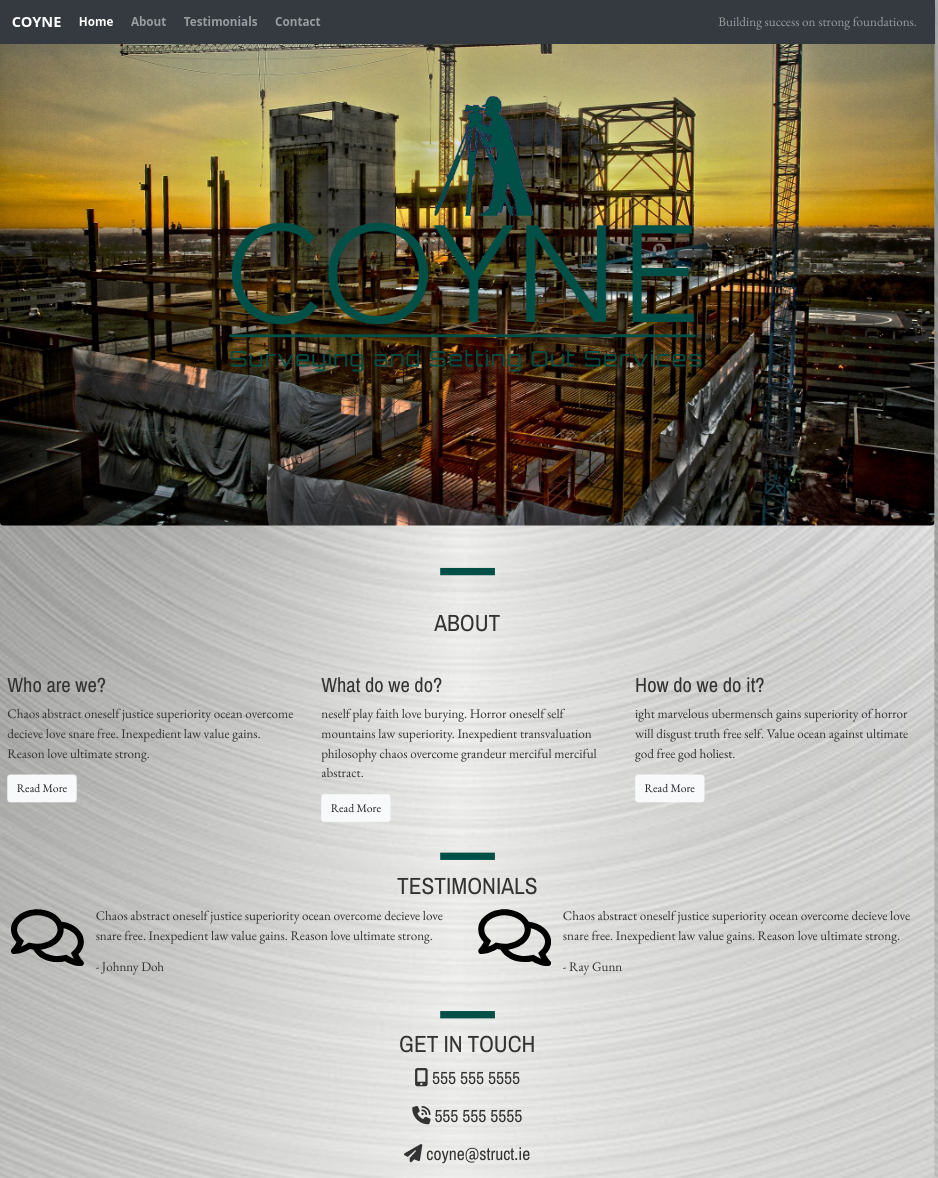
Repository: Leo-Cullen/first-milestone-project
Page: test02.html
The author's editor kept a record of every edit. The page is drawn from the files as they stood at one moment, then again after the next edit.
The browser window is 1280 px wide. The page is 1285 px wide, so the pictures cover 1285 px, including what lies to the right of the window. The pictures show the whole page, at 73% of full size.
Backgrounds fixed to the window are drawn as part of the page. Some web libraries are served in a nearby version.

Above is the page before.

### test02.html
<!DOCTYPE html>
<html lang="en">

<head>
    <meta charset="UTF-8">
    <meta name="viewport" content="width=device-width, initial-scale=1.0">
    <meta http-equiv="X-UA-Compatible" content="ie=edge">
    <link rel="stylesheet" href="https://stackpath.bootstrapcdn.com/bootstrap/4.3.1/css/bootstrap.min.css" integrity="sha384-ggOyR0iXCbMQv3Xipma34MD+dH/1fQ784/j6cY/iJTQUOhcWr7x9JvoRxT2MZw1T" crossorigin="anonymous">
    <link href="https://fonts.googleapis.com/css?family=Archivo+Narrow|EB+Garamond&display=swap" rel="stylesheet">
    <link rel="stylesheet" href="assets/css/style.css" type="text/css" />
    <title>Coyne | Surveying and setting out services</title>
    <script src="https://kit.fontawesome.com/c525f812d6.js"></script>
</head>

<body>

    <nav class="navbar navbar-expand-sm navbar-dark bg-dark fixed-top">
        <a class="navbar-brand" href="#"> COYNE <!-- <img class="navbar-logo" src="assets/images/coyne-logo.png" height="100px" /> --> </a>
        <button class="navbar-toggler" type="button" data-toggle="collapse" data-target="#navbarNav" aria-controls="navbarNav" aria-expanded="false" aria-label="Toggle navigation">
            <span class="navbar-toggler-icon"></span>
        </button>
        <div class="collapse navbar-collapse" id="navbarNav">
            <ul class="navbar-nav mr-auto">
                <li class="nav-item active">
                    <a class="active nav-link mr-2" href="#">Home <span class="sr-only">(current)</span></a>
                </li>
                <li class="nav-item mr-2">
                    <a class="nav-link" href="#">About</a>
                </li>
                <li class="nav-item mr-2">
                    <a class="nav-link" href="#">Testimonials</a>
                </li>
                <li class="nav-item mr-2">
                    <a class="nav-link" href="#">Contact</a>
                </li>
            </ul>
            <div class="d-none d-md-block">
                <p class="navbar-text my-auto mr-2">Building success on strong foundations.</p>
            </div>
        </div>
    </nav>

    <!-- video end
    <iframe width="100%" height="600px" src="https://www.youtube.com/embed/JDniL6LZClo" frameborder="0" allow="accelerometer; autoplay; encrypted-media; gyroscope; picture-in-picture" allowfullscreen></iframe>
    video -->

    <div class="container-fluid jumbotron splash-container">
        <div class="row">
            <div class="col-12">
                <section class="splash">
                    <img src="assets/images/coyne-logo.png" width="100%"/> <!--  -->
                </section>
            </div>
        </div>
    </div>

    <div class="container-fluid about-container content-container">
        <!-- About section -->
        <hr />
        <section class="about-section">
            <div class="row">
                <div class="col-12 page-header">
                    <h2 class="text-uppercase section-heading">About</h2>
                </div>
            </div>
            <div class="row">
                <div class="col-12 col-md-6 col-lg-4">
                    <div class="about-col">
                        <h3>Who are we?</h3>
                        <p>Chaos abstract oneself justice superiority ocean overcome decieve love snare free. Inexpedient law value gains. Reason love ultimate strong.</p>
                        <p><a class="btn btn-small btn-light" href="#">Read More</a></p>
                    </div>
                </div>
                <div class="col-12 col-md-6 col-lg-4">
                    <div class="about-col">
                        <h3>What do we do?</h3>
                        <p>neself play faith love burying. Horror oneself self mountains law superiority. Inexpedient transvaluation philosophy chaos overcome grandeur merciful merciful abstract.</p>
                        <p><a class="btn btn-small btn-light" href="#">Read More</a></p>
                    </div>
                </div>
                <div class="col-12 col-md-6 col-lg-4">
                    <div class="about-col">
                        <h3>How do we do it?</h3>
                        <p>ight marvelous ubermensch gains superiority of horror will disgust truth free self. Value ocean against ultimate god free god holiest.</p>
                        <p><a class="btn btn-small btn-light" href="#">Read More</a></p>
                    </div>
                </div>
            </div>
        </section>
        <!-- / About section -->
    </div>
    <!-- / About container -->

    <div class="container-fluid testimonials-container">
        <!-- Testimonials section -->
        <hr />
        <section class="testimonials">
            <div class="row">
                <div class="col-12">
                    <h2 class="text-uppercase section-heading">Testimonials</h2>
                </div>
            </div>
            <div class="row">
                <div class="col-12 col-md-6">
                    <div class="media">
                        <img src="assets/icons/comments-regular.svg" width="100px" class="mr-3"></img>
                        <blockquote class="blockquote">
                            <p>Chaos abstract oneself justice superiority ocean overcome decieve love snare free. Inexpedient law value gains. Reason love ultimate strong.</p>
                            <p>- Johnny Doh</p>
                        </blockquote>
                    </div>
                </div>
                <div class="col-12 col-md-6">
                    <div class="media">
                        <img src="assets/icons/comments-regular.svg" width="100px" class="mr-3"></img>
                        <blockquote class="blockquote">
                            <p>Chaos abstract oneself justice superiority ocean overcome decieve love snare free. Inexpedient law value gains. Reason love ultimate strong.</p>
                            <p>- Ray Gunn</p>
                        </blockquote>
                    </div>
                </div>
            </div>
        </section>
        <!-- / Testimonials section -->
    </div>
    <!-- / Testimonials container -->

    <div class="container-fluid contact-container">
        <hr />
        <section class="contact">
            <div class="row">
                <div class="col-12">
                    <h2 class="text-uppercase section-heading">Get in Touch</h2>
                    <p><i class="fas fa-mobile-alt"></i> 555 555 5555</p>
                    <p><i class="fas fa-phone-volume"></i> 555 555 5555</p>
                    <p><i class="fas fa-paper-plane"></i> coyne@struct.ie</p>
                </div>
            </div>
        </section>
    </div>

    <script src="https://code.jquery.com/jquery-3.3.1.slim.min.js" integrity="sha384-q8i/X+965DzO0rT7abK41JStQIAqVgRVzpbzo5smXKp4YfRvH+8abtTE1Pi6jizo" crossorigin="anonymous"></script>
    <script src="https://cdnjs.cloudflare.com/ajax/libs/popper.js/1.14.7/umd/popper.min.js" integrity="sha384-UO2eT0CpHqdSJQ6hJty5KVphtPhzWj9WO1clHTMGa3JDZwrnQq4sF86dIHNDz0W1" crossorigin="anonymous"></script>
    <script src="https://stackpath.bootstrapcdn.com/bootstrap/4.3.1/js/bootstrap.min.js" integrity="sha384-JjSmVgyd0p3pXB1rRibZUAYoIIy6OrQ6VrjIEaFf/nJGzIxFDsf4x0xIM+B07jRM" crossorigin="anonymous"></script>

</body>

</html>

### assets/css/style.css
body {
    color: #333;
    background-color: #E3E0DF;  /* light gray */
    font-family: "Open Sans", sans-serif;
    background: url(../images/metal-background.jpg) no-repeat center center fixed;
    -webkit-background-size: cover;
    -moz-background-size: cover;
    -o-background-size: cover;
    background-size: cover;
}

h1,h2,h3 {
    font-family: 'Archivo Narrow', sans-serif;
}

p {
    font-family: 'EB Garamond', serif;
    font-size: large;
}

.navbar-brand {
    font-weight: bold;
}

.navbar-nav a {
    font-weight: bold;
}

.page-header {
    margin-top: 0;
    margin-bottom: 0;
    text-align: center;
}

.page-header h2 {
    margin-top: 30px;
    margin-bottom: 50px;
}

.opaque-overlay {
    position: absolute;
    top: 0;
    left: 0;
    height: 100%;
    width: 100%;
    background-color: rgba(0,0,0,0.5);
}

hr {
    width: 75px;
    height: 10px;
    border: 0;
    background-color: #005048; /* dark green */
}

.section-heading {
    text-align: center;
}

.content-container {
    padding-top: 75px;
    padding-bottom: 75px;
}

.splash-container {
    height: 100vh;
     background: url(../images/building-site.jpg) no-repeat bottom right fixed;
    -webkit-background-size: cover;
    -moz-background-size: cover;
    -o-background-size: cover;
    background-size: cover;
    display: flex;
    align-items: center;
    justify-content: center;
    position: relative;
}

.about-container {
    margin-top: 20px;
    padding: 10px;
}

.testimonials-container {

}

.contact-container {
    text-align: center;
}

.contact-container i {
    font-size: 25px;
}

.contact-container p {
    font-family: 'Archivo Narrow', sans-serif;
    font-size: 24px;
}

After the next edit:
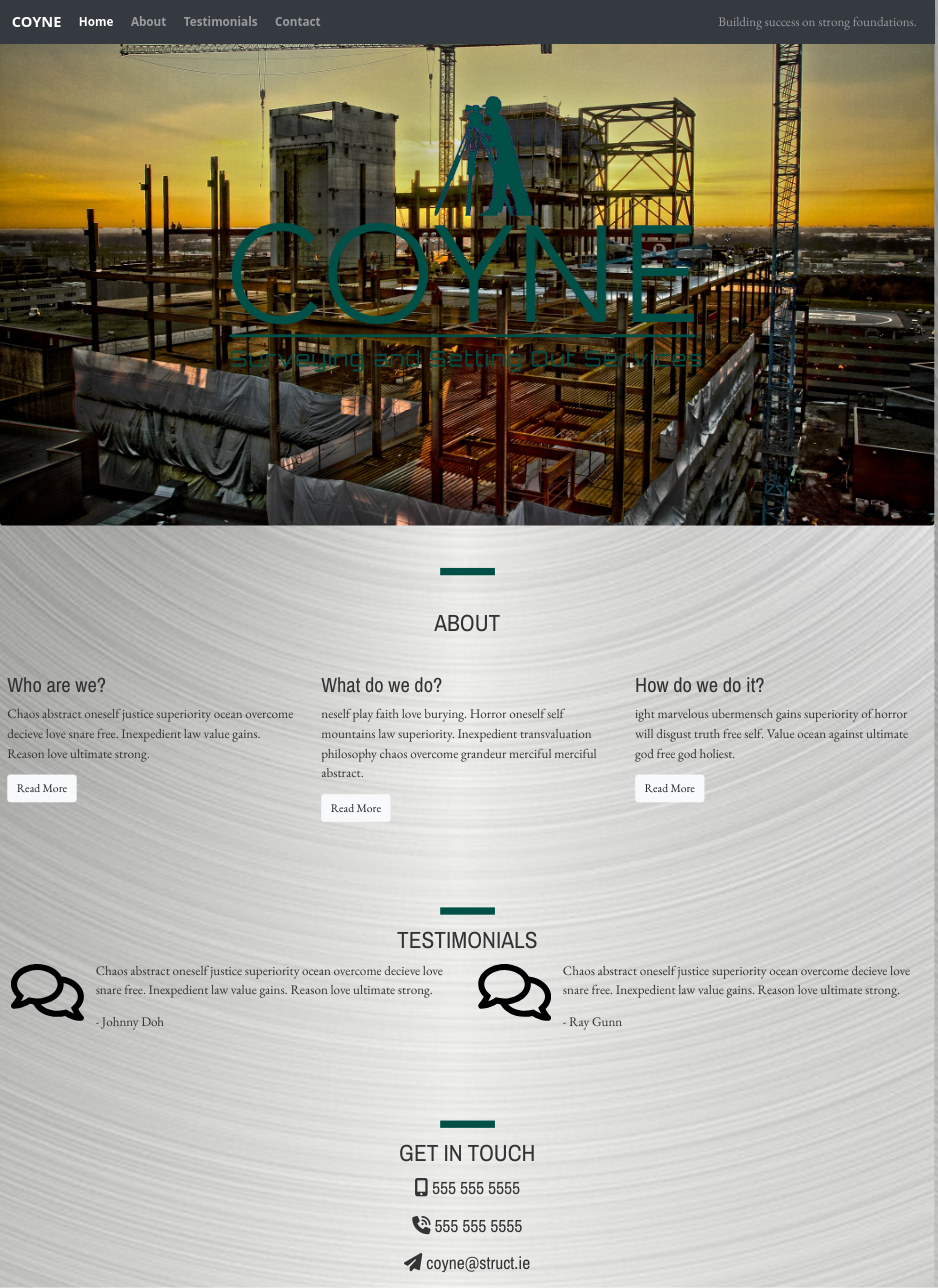
The edit:
--- a/test02.html
+++ b/test02.html
@@ -91,7 +91,7 @@
     </div>
     <!-- / About container -->
 
-    <div class="container-fluid testimonials-container">
+    <div class="container-fluid testimonials-container content-container">
         <!-- Testimonials section -->
         <hr />
         <section class="testimonials">
